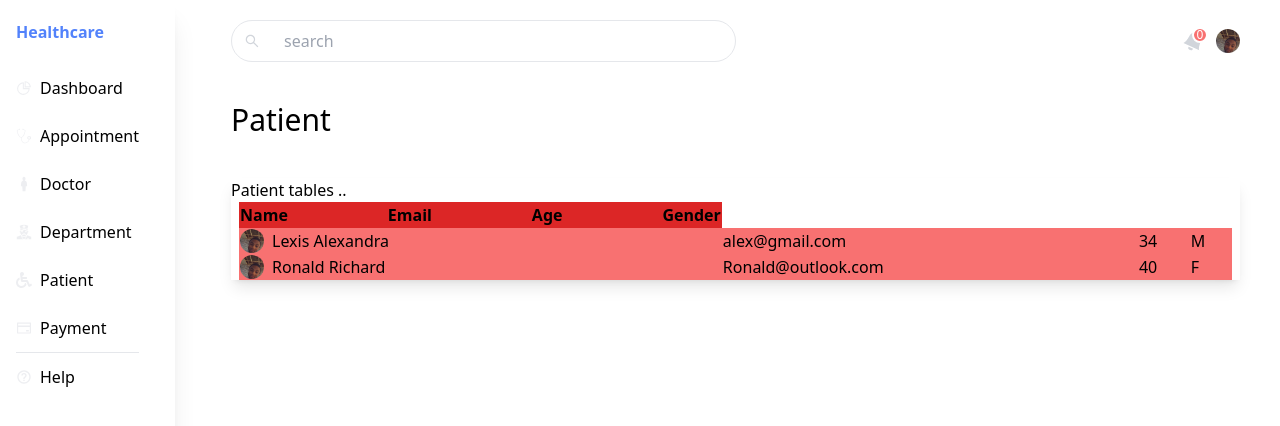
Repository: hisreal123/healthcare-dashboard
Page: /patient
An editor plug-in stored every save of this project. The page is shown before and after the next save, followed by the edit.
The browser window is 1280 px wide. The pictures show the whole page.
The project was rebuilt for these pictures with package versions that can differ from the ones it lists, and the page was loaded fresh each time. Also part of the build but not shown: vite.config.ts, src/routes/Error.tsx, src/views/Dashboard.tsx, components/tables/AppointementTable.tsx, src/views/Appointment.tsx, src/views/Doctor.tsx, src/views/Department.tsx, src/views/Payment.tsx and 1 more.

Above is the page before, as saved 2023-05-05 19:00:50.

### src/main.tsx
import React from 'react'
import ReactDOM from 'react-dom/client'
import App from './App.tsx'
import './index.css'


ReactDOM.createRoot(document.getElementById('root') as HTMLElement).render(
  <React.StrictMode>
    <App />
  </React.StrictMode>,
)

### src/App.tsx
import React from "react"
import {
  createBrowserRouter,
  RouterProvider,
} from "react-router-dom";
import Navigation from "../components/Navigation";
import Error from "./routes/Error";
import Dashboard from "./views/Dashboard";
import Appointment from "./views/Appointment";
import Doctor from "./views/Doctor";
import Department from "./views/Department";
import Patient from "./views/Patient";
import Payment from "./views/Payment";
import Help from "./views/Help";
import { Provider } from "react-redux";
import store from '../redux/store';

const router = createBrowserRouter([
  {
    path: "/",
    element: <Navigation />,
    errorElement: <Error />,

    children: [
      {
        path: "/dashboard",
        element: <Dashboard />,
      },
      {
        path: "/appointment",
        element: <Appointment />,
      },
      {
        path: "/doctor",
        element: <Doctor />,
      },
      {
        path: "/department",
        element: <Department />,
      },
      {
        path: "/patient",
        element: <Patient />,
      },
      {
        path: "/payment",
        element: <Payment />,
      },
      {
        path: "/help",
        element: <Help />,
      },
    ]

  }
]);



function App() {
  return (
    <Provider store={store}>
      <RouterProvider router={router} />
    </Provider>
  )
}

export default App

### components/Navigation.tsx
import { Outlet } from "react-router-dom";
import { list } from "../src/data/Links";

export default function Navigation() {

    return (
        <>
            <section className="flex space-x-4">
                <div id="sidebar" className="  h-screen shadow-xl group">
                    <div className="px-4 ">

                        {/* logo */}
                        <div >
                            <h1 className="py-5 text-[#5282FB] font-bold">Healthcare</h1>
                        </div>

                        {/* nav */}
                        <nav className="relative pr-5 ">
                            <ul className="relative">
                                {list.map((list, index) => {
                                    return (
                                        <li key={index} className="flex space-x-2 items-center py-3 last:border-t ">
                                            <span className="text-gray-200/70 text-md ">{list.icon}</span>
                                            <a href={`./${list.link}`} className="focus:text-[#5282FB] ">{list.name}</a>
                                        </li>
                                    )
                                })}
                            </ul>
                        </nav>
                    </div>
                </div>
                <div id="detail" className="relative w-full"><Outlet /></div>
            </section>
        </>
    );
}

### src/views/Patient.tsx
import React from 'react'
import ProfileHeader from '../../components/holders/ProfileHeader'
import PatientTable from '../../components/tables/PatientsTable'


export default function Patient() {
    return (
        <>
            <section
                className=" px-10 pt-5 w-full relative">
                <ProfileHeader />

                <main className="div mt-10">
                    <h1 className='lg:text-3xl'> Patient</h1>
                    <PatientTable />
                </main>
            </section>
        </>
    )
}

### redux/store.js
import { configureStore } from "@reduxjs/toolkit";
import AppointmentReducer from "./slices/Appointment";
import patientsReducer from "./slices/Patient";



const store = configureStore({
    reducer : {
        appointments:  AppointmentReducer,
        patients:  patientsReducer,
    }
})


export default store

### src/data/Links.tsx
import { Home, BarChart2 } from 'react-feather';
import { GiStethoscope, GiPerson, GiNurseMale } from 'react-icons/gi'
import { FaWheelchair } from 'react-icons/fa'
import { AiOutlineCreditCard, AiOutlinePieChart } from 'react-icons/ai'
import { BiHelpCircle } from 'react-icons/bi'


type Class  = {
    id: number,
    icon: any,
    name:  string,
    link: string
}


export const list: Class[]= [
    {
        id: 1,
        icon: <AiOutlinePieChart />,
        name: 'Dashboard',
        link: './dashboard',
    },
    {
        id: 2,
        icon: <GiStethoscope />,
        name: 'Appointment',
        link: './Appointment',
    },
    {
        id: 3,
        icon: <GiPerson />,
        name: 'Doctor',
        link: './doctor',
    },
    {
        id: 4,
        icon: <GiNurseMale />,
        name: 'Department',
        link: './department',
    },
    {
        id: 5,
        icon: <FaWheelchair />,
        name: 'Patient',
        link: './patient',
    },
    {
        id: 6,
        icon: <AiOutlineCreditCard />,
        name: 'Payment',
        link: './payment',
    },
    {
        id: 7,
        icon: <BiHelpCircle />,
        name: 'Help',
        link: './help',
    },
]

### components/holders/ProfileHeader.tsx
import React from 'react'
import SearchBar from '../Misc/SearchBar'
import { BsFillBellFill } from 'react-icons/bs'



type ImageWrapperProp = {
    ImageWrapperStyle?: string
}
export const ImageWrapper = ({ ImageWrapperStyle }: ImageWrapperProp) => {
    return (
        <>
            <div className={` ${ImageWrapperStyle} cursor-pointer h-6 w-6 overflow-hidden rounded-full bg-black hover:h-6 hover:w-6`}>
                <img src='./profile.jpg' alt="" className='object-center ' />
            </div>
        </>
    )
}


export default function ProfileHeader() {

    const count = 0
    return (
        <>
            <section className='flex items-center justify-between relative w-full'>

                <SearchBar />

                <div className="right flex  items-center space-x-3">

                    <span className='relative group'>
                        <BsFillBellFill className=" cursor-pointer text-xl text-gray-300 rotate-[25deg] group-hover:text-gray-400" />
                        <span className=" cursor-pointer absolute -top-1 -right-1 text-xs text-white border-2 border-white  bg-red-400  group-hover:bg-red-600 rounded-full h-4 w-4  flex items-center  justify-center">
                            {count}
                        </span>
                    </span>


                    <ImageWrapper ImageWrapperStyle='' />
                </div>
            </section>
        </>
    )
}

### components/tables/PatientsTable.tsx
import React, { Fragment } from 'react'
import { useSelector } from 'react-redux'
import { selectAllPatient } from '../../redux/slices/Patient'
import { ImageWrapper } from '../holders/ProfileHeader'


type PatientTableProps = {
    patientStyle?: string
}


export default function PatientTable({ patientStyle }: PatientTableProps) {

    const patients: any = useSelector(selectAllPatient);
    console.log(patients)


    const PatientList = patients.map((patient: any, index: number) => {
        return (
            <>
                <tr key={index}>
                    <td className='flex item-center space-x-2'>
                        <ImageWrapper />
                        <span>
                            {patient.name}
                        </span>
                    </td>
                    <td>{patient.email}</td>
                    <td>{patient.age}</td>
                    <td>{patient.gender}</td>
                </tr>
            </>
        )
    })



    const PTable = () => {
        return (
            <>
                <div className="wrap px-2 w-full">
                    <table className="w-full relative">
                        <tr className="justify-between flex relative bg-red-600">
                            <th>Name</th>
                            <th>Email</th>
                            <th>Age</th>
                            <th>Gender</th>
                        </tr>
                        <tbody className='bg-red-400'>
                            {PatientList}
                        </tbody>
                    </table>
                </div>
            </>
        )
    }


    return (
        <>
            <section className={`${patientStyle} mt-10 bg-white shadow-lg`}>
                <h1> Patient tables ..</h1>
                <PTable />
            </section>
        </>
    )
}

### redux/slices/Appointment.js
import { createSlice } from "@reduxjs/toolkit";
import { sub } from "date-fns";

// const GENDER =  'M' || 'F',

// const userType = {
//     id: String,
//     name: String,
//     gender: String,
//     age: Number,
//     email:String
// }


const initialState = [

]



const appointmentsSlice = createSlice({
    name: 'appointments',
    initialState,
    reducers : {
        createAppointment (state, action ){
            state.push(action.payload)
        }
    }
})


export const createAppointment = appointmentsSlice.actions
export default appointmentsSlice.reducer

### redux/slices/Patient.js
import { createSlice } from "@reduxjs/toolkit";

const initialState = [
    {
        id:'1',
        image: '../profile.jpg',
        name: 'Lexis Alexandra',
        gender: 'M',
        age: 34,
        email: 'alex@gmail.com'
    },
    {
        id:'2',
        image: '../profile.jpg',
        name: 'Ronald Richard',
        gender: 'F',
        age: 40,
        email: 'Ronald@outlook.com'
    },
];

const patientsSlice = createSlice({
    name: 'patients',
    initialState,
    reducers: {
        addPatient(state, action) {
            state.push(action.payload);
        },
    },
});

export const selectAllPatient = (state) => state.patients;
export const { addPatient } = patientsSlice.actions;
export default patientsSlice.reducer;

### components/Misc/SearchBar.tsx
import React from 'react'
import { AiOutlineSearch } from 'react-icons/ai'

type SearchProps = {
    SearchStyle?: string
}

export default function SearchBar({ SearchStyle }: SearchProps) {
    const [name, setName] = React.useState('');



    const handleSearchClicked = (e: any) => {
        setName(e.target.value)
        console.log(name)
    }

    const handleFormSearch = (e: any) => {
        e.preventDefault()
        console.log(name)

        setName('')
    }
    return (
        <>
            <div className="search flex rounded-3xl overflow-hidden border items-center  w-1/2 ">
                <form className='flex items-center' onSubmit={handleFormSearch}>
                    <span className='px-3 relative'>
                        <AiOutlineSearch className="text-gray-300" onClick={handleSearchClicked} />
                    </span>
                    <input
                        type="text"
                        placeholder='search'
                        className={`${SearchStyle}  outline-none w-full py-2 pl-3 `}
                        aria-expanded
                        value={name}
                        onChange={handleSearchClicked}
                    />
                </form>
            </div>
        </>
    )
}

### tailwind.config.js
/** @type {import('tailwindcss').Config} */
export default {
   content: [
    "./index.html",
    "./src/**/*.{js,ts,jsx,tsx}",
    "./components/**/*.{js,ts,jsx,tsx}",
  ],
  theme: {
    extend: {},
  },
  plugins: [],
}

Loaded but not shown: index.html (common file); src/index.css (common file)

After the next save:
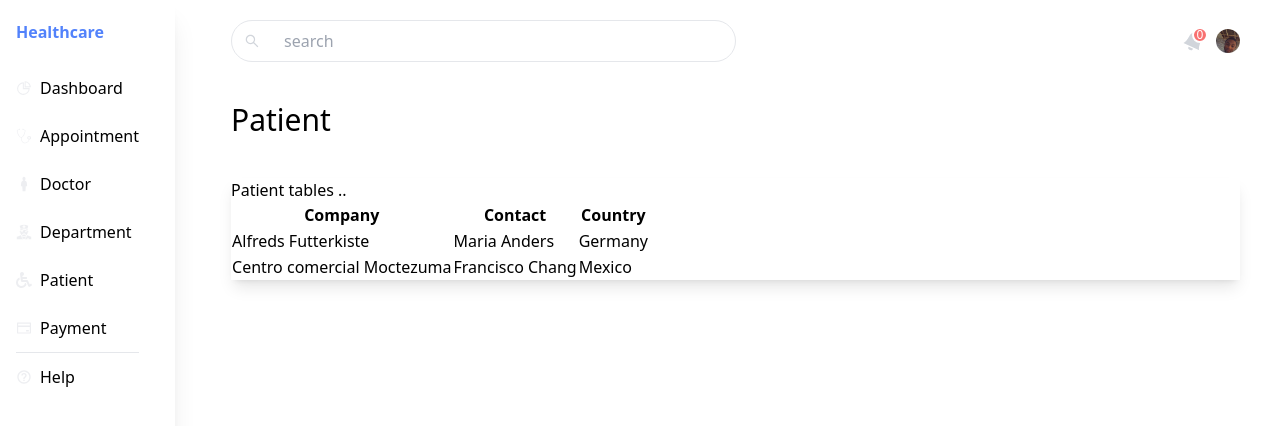
Saved 6 s later.
--- a/components/tables/PatientsTable.tsx
+++ b/components/tables/PatientsTable.tsx
@@ -38,19 +38,21 @@ export default function PatientTable({ patientStyle }: PatientTableProps) {
     const PTable = () => {
         return (
             <>
-                <div className="wrap px-2 w-full">
-                    <table className="w-full relative">
-                        <tr className="justify-between flex relative bg-red-600">
-                            <th>Name</th>
-                            <th>Email</th>
-                            <th>Age</th>
-                            <th>Gender</th>
-                        </tr>
-                        <tbody className='bg-red-400'>
-                            {PatientList}
-                        </tbody>
-                    </table>
-                </div>
+                <tr>
+                    <th>Company</th>
+                    <th>Contact</th>
+                    <th>Country</th>
+                </tr>
+                <tr>
+                    <td>Alfreds Futterkiste</td>
+                    <td>Maria Anders</td>
+                    <td>Germany</td>
+                </tr>
+                <tr>
+                    <td>Centro comercial Moctezuma</td>
+                    <td>Francisco Chang</td>
+                    <td>Mexico</td>
+                </tr>
             </>
         )
     }
